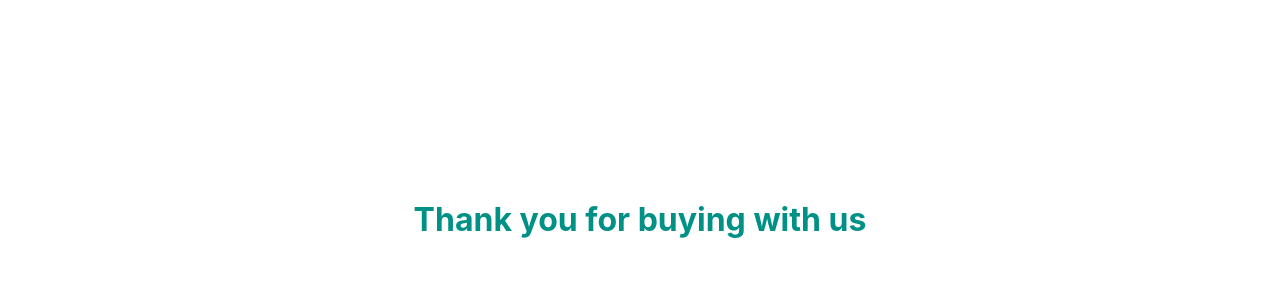
Repository: Yowani24/ecocarbon
Page: /successPage
An editor plug-in stored every save of this project. The page is shown before and after the next save, followed by the edit.
The browser window is 1280 px wide. The pictures show the whole page.
The project was rebuilt for these pictures with package versions that can differ from the ones it lists, and the page was loaded fresh each time. The framework's server and built-in components were replaced by stand-ins that run in the browser. Also part of the build but not shown: next.config.js.

Above is the page before, as saved 2021-09-29 20:38:37.

After the next save:
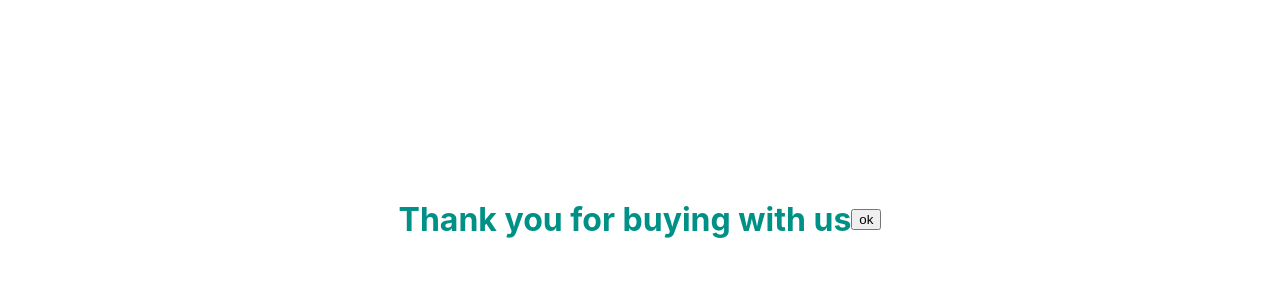
Saved 47 s later.
--- a/pages/successPage.js
+++ b/pages/successPage.js
@@ -4,6 +4,7 @@ export default function successPage(props) {
     return (
         <div className="thank_you_message">
             <h1>Thank you for buying with us</h1>
+            <button>ok</button>
         </div>
     );
 }
